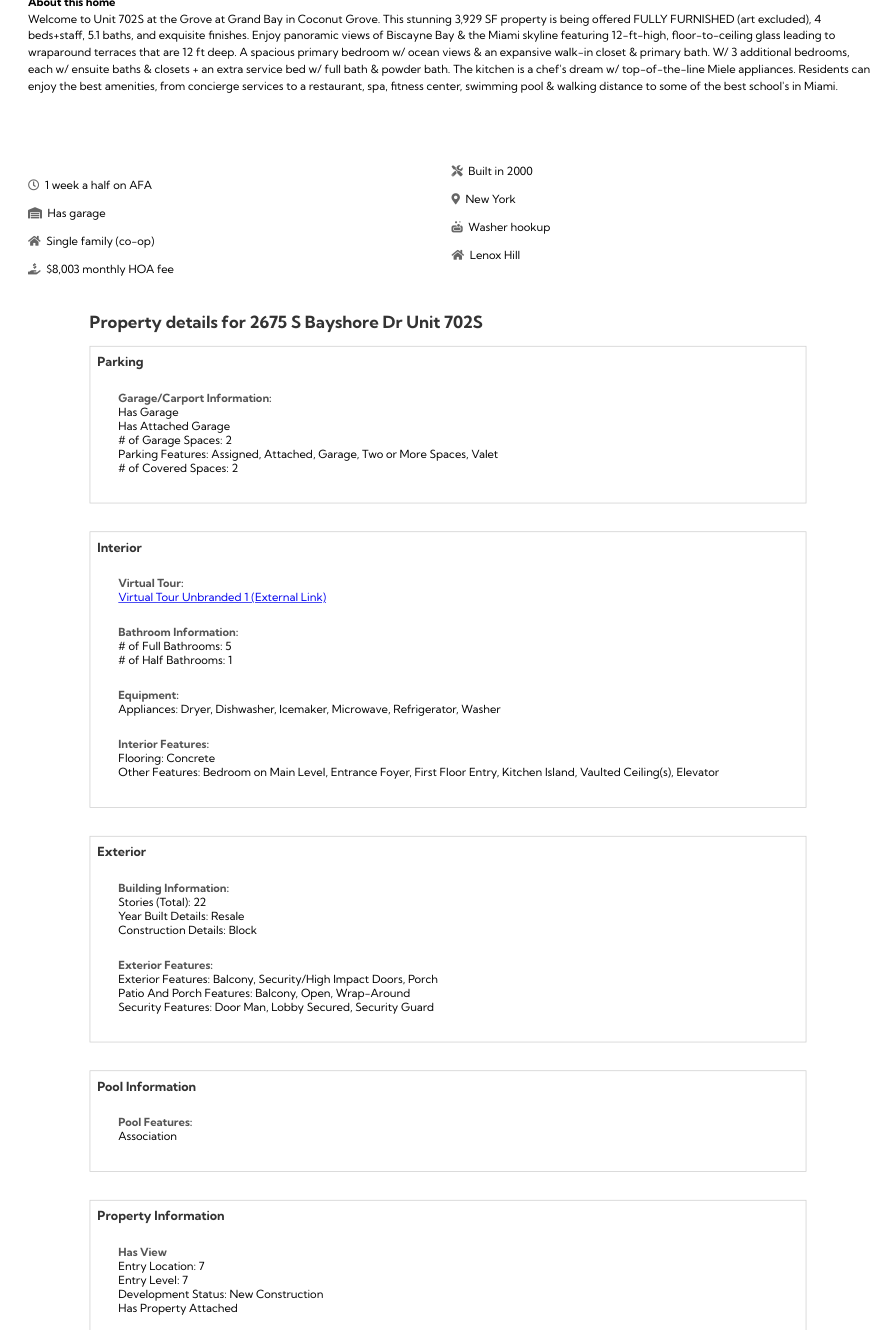
Repository: MrAllin1/ProgWWW_23_Gr1
Page: pages/Apartment7.html
The author's editor kept a copy of each file at every save. The page is drawn from the files as they stood at one save, then again after the next save.
The browser window is 1280 px wide. The pictures show the part of the page from y = 683 to 2583 px (the page is 4497 px tall before and 4477 px after), at 70% of full size.
A picture or video elsewhere on the page could not be fetched, so the positions and the page height are approximate. Some web libraries are served in a nearby version.

Above is the page before, as saved 2024-01-11 13:59:00.

After the next save:
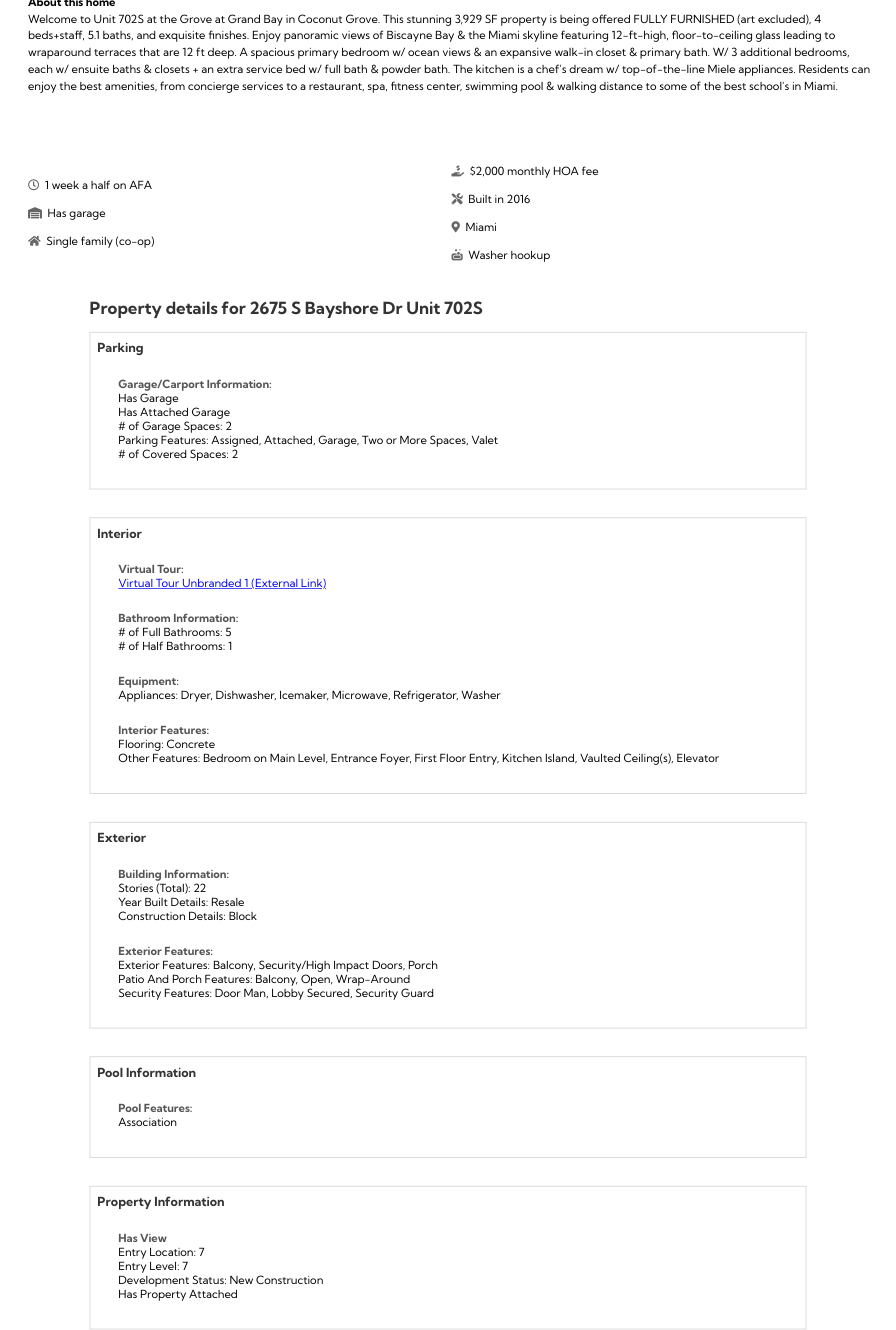
Saved 56 s later.
--- a/pages/Apartment7.html
+++ b/pages/Apartment7.html
@@ -89,19 +89,16 @@
       <i class="fas fa-home"></i> Single family (co-op)
     </div>
     <div class="feature">
-      <i class="fas fa-hand-holding-usd"></i> $8,003 monthly HOA fee
-    </div>
-    <div class="feature">
-      <i class="fas fa-tools"></i> Built in 2000
-    </div>
-    <div class="feature">
-      <i class="fas fa-map-marker-alt"></i> New York
+      <i class="fas fa-hand-holding-usd"></i> $2,000 monthly HOA fee
+    </div>
+    <div class="feature">
+      <i class="fas fa-tools"></i> Built in 2016
+    </div>
+    <div class="feature">
+      <i class="fas fa-map-marker-alt"></i> Miami
     </div>
     <div class="feature">
       <i class="fas fa-soap"></i>Washer hookup
-    </div>
-    <div class="feature">
-      <i class="fas fa-home"></i> Lenox Hill
     </div>
   </div>
 
